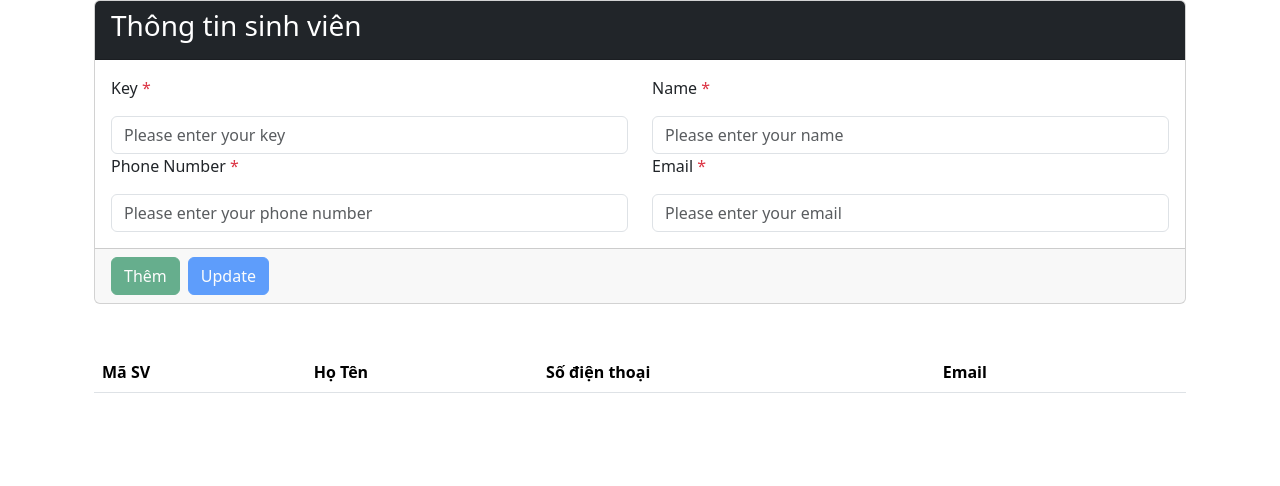
Repository: KhoiNguyen77/BT_REACT_FORM
Page: /
These files come from the project's save history. The page is drawn as it stood at one moment and after the next save; the edit follows.
The browser window is 1280 px wide. The pictures show the whole page.
The project was rebuilt for these pictures with package versions that can differ from the ones it lists, and the page was loaded fresh each time.

Above is the page before, as saved 2023-05-29 08:27:55.

After the next save:
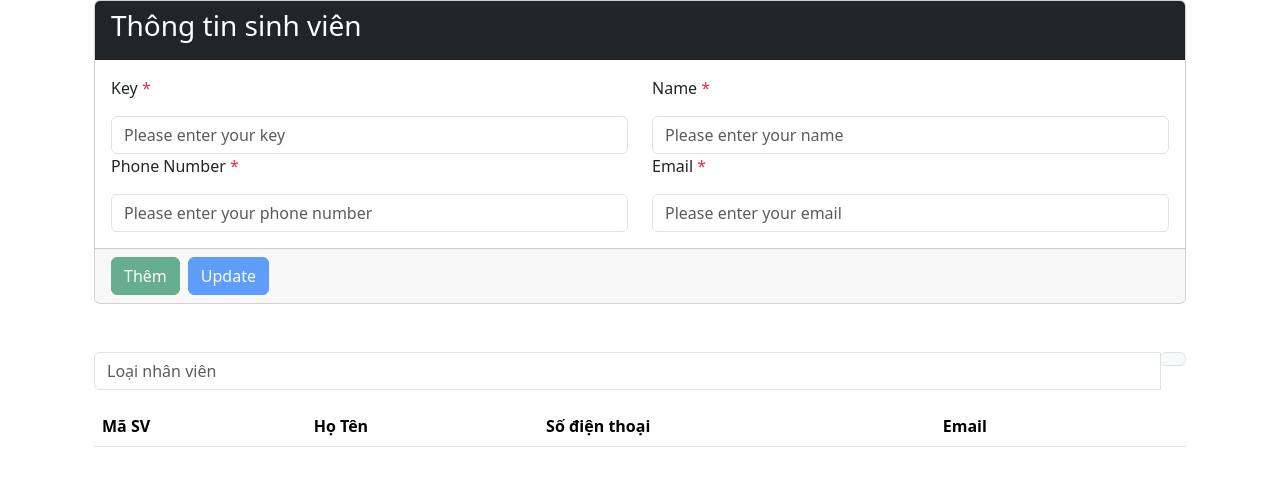
Saved 7 min 5 s later.
--- a/src/FormComponent/TableField.jsx
+++ b/src/FormComponent/TableField.jsx
@@ -6,6 +6,16 @@ export default class TableField extends Component {
         const { students, deleteStudent, edit } = this.props;
         return (
             <div className='container'>
+                <div class="row mb-3">
+                    <div class="col">
+                        <div class="input-group">
+                            <input type="text" class="form-control" placeholder="Loại nhân viên" id="searchName" />
+                            <div class="input-group-prepend">
+                                <span class="input-group-text" id="btnTimNV"><i class="fa fa-search"></i></span>
+                            </div>
+                        </div>
+                    </div>
+                </div>
                 <table className='table'>
                     <thead>
                         <tr>
